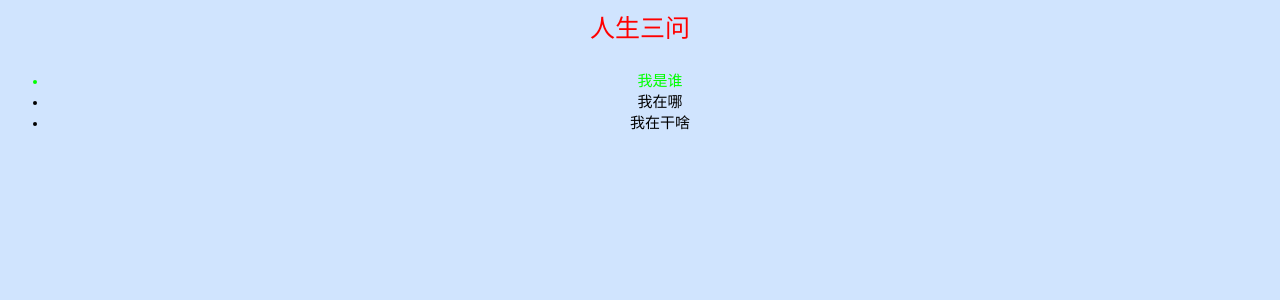
Repository: biuiuiu/springStudy
Page: http://localhost/Sad/
The author's editor kept a copy of each file at every save. The page is drawn from the files as they stood at one save, then again after the next save.
The browser window is 1280 px wide. The pictures show the whole page.
The page is served by Tomcat 9. Other server files are loaded and not shown.

Above is the page before, as saved 2017-06-14 01:50:27.

### Sad/WebContent/index.jsp
<%@ page language="java" import="java.util.*" pageEncoding="UTF-8"%>

<!DOCTYPE HTML PUBLIC "-//W3C//DTD HTML 4.01 Transitional//EN">

<html>

<head>

<title>Sad</title>

<style>
	body{
		 background-color:#d0e4fe;
		 text-align:center;
	}
	p{
		color:#ff0000;
		font-size:25px;
	}
	ul{
		font-size:15px
	}
	li.first{
		color:#00ff00;
	}
	li.second{
		color:#000000;
	}
</style>
</head>

<body>
	<p>人生三问</p>
	<ul>
		<li class = "first">我是谁</li>
		<li class = "second">我在哪</li>
		<li class = "third">我在干啥</li>
	</ul>

</body>

</html>

After the next save:
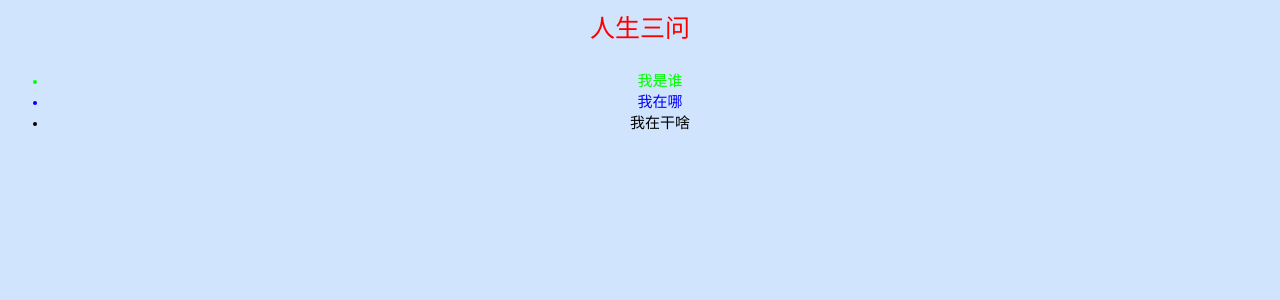
Saved 26 s later.
--- a/Sad/WebContent/index.jsp
+++ b/Sad/WebContent/index.jsp
@@ -24,7 +24,7 @@
 		color:#00ff00;
 	}
 	li.second{
-		color:#000000;
+		color:#0000ff;
 	}
 </style>
 </head>
